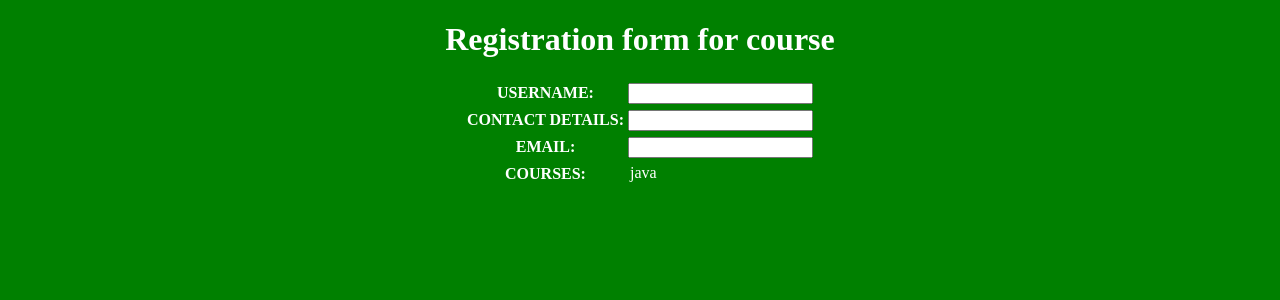
Repository: lalitkrchoudhary/Servlet-notes
Page: RequestServletApp/src/main/webapp/register.html
The author's editor kept a copy of each file at every save. The page is drawn from the files as they stood at one save, then again after the next save.
The browser window is 1280 px wide. The pictures show the whole page.

Above is the page before, as saved 2024-04-28 22:55:15.

After the next save:
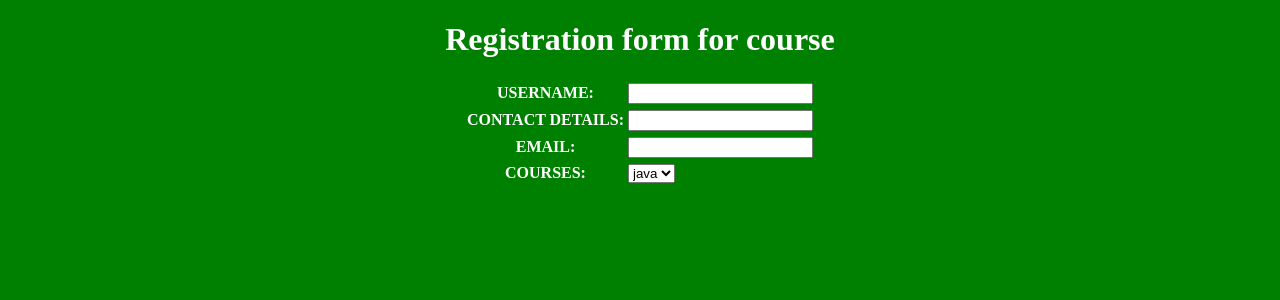
Saved 38 s later.
--- a/RequestServletApp/src/main/webapp/register.html
+++ b/RequestServletApp/src/main/webapp/register.html
@@ -27,7 +27,10 @@
 <tr>
 <th>COURSES: </th>
 <td>
+<select>
 <option> java </option>
+</select>
+
 </td>
 <tr>
 
